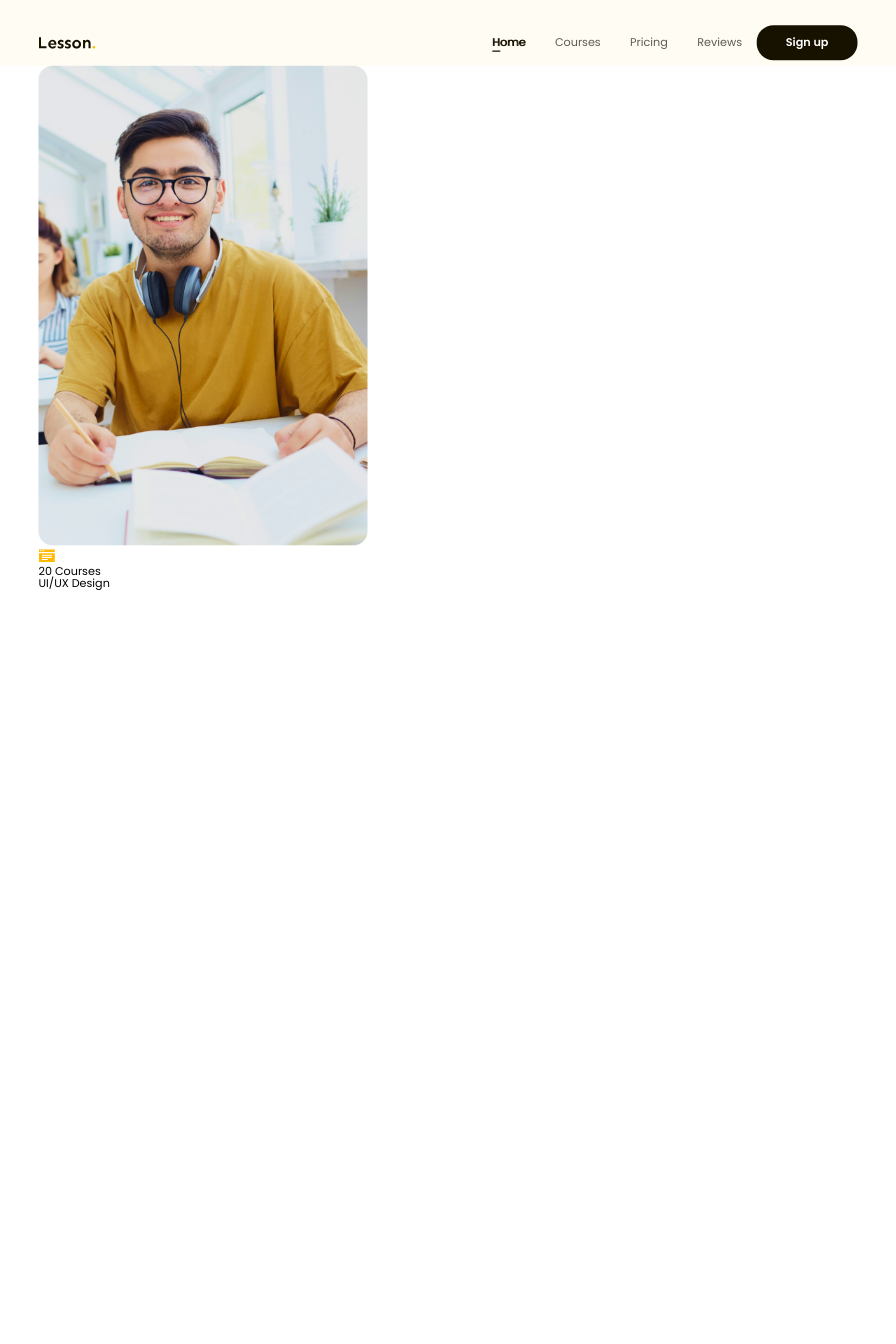
Repository: empty24062002/f8-htmlcss-02
Page: index.html
The author's editor kept a copy of each file at every save. The page is drawn from the files as they stood at one save, then again after the next save.
The browser window is 1280 px wide. The pictures show the part of the page from y = 0 to 1920 px (the page is 5094 px tall), at 70% of full size.

Above is the page before, as saved 2023-07-18 08:43:10.

### index.html
<!DOCTYPE html>
<html lang="en">
    <head>
        <meta charset="UTF-8" />
        <meta name="viewport" content="width=device-width, initial-scale=1.0" />
        <title>F8 Project 02</title>
        <!-- Reset css -->
        <link rel="stylesheet" href="./assets/css/reset.css" />
        <!-- Embed font -->
        <link rel="preconnect" href="https://fonts.googleapis.com" />
        <link rel="preconnect" href="https://fonts.gstatic.com" crossorigin />
        <link
            href="https://fonts.googleapis.com/css2?family=Poppins:wght@400;500;600;700&family=Sen:wght@700&display=swap"
            rel="stylesheet"
        />
        <!-- Styles -->
        <link rel="stylesheet" href="./assets/css/styles.css" />
    </head>
    <body>
        <header class="header fixed">
            <div class="main-content">
                <div class="body">
                    <img
                        src="./assets/img/logo.svg"
                        alt="lesson."
                        class="logo"
                    />
                    <!-- nav -->
                    <nav class="nav">
                        <ul>
                            <li class="active">
                                <a href="">Home</a>
                            </li>
                            <li>
                                <a href="">Courses</a>
                            </li>
                            <li>
                                <a href="">Pricing</a>
                            </li>
                            <li>
                                <a href="">Reviews</a>
                            </li>
                        </ul>
                    </nav>
                    <div class="action">
                        <a href="#!" class="btn sign-up-btn">Sign up</a>
                    </div>
                </div>
            </div>
        </header>
        <main style="height: 5000px">
            <!-- Hero -->
            <div class="hero">
                <div class="main-content">
                    <div class="hero-body">
                        <!-- Left -->
                        <div class="media-block">
                            <img
                                src="./assets/img/media-block.png"
                                alt="Learn without limits and spread knowledge."
                                class="logo"
                            />

                            <div class="hero-summary">
                                <div class="item">
                                    <div class="icons">
                                        <img
                                            src="./assets/icons/icon1.svg"
                                            alt=""
                                        />
                                    </div>
                                    <div class="info">
                                        <p class="lable">20 Courses</p>
                                        <p class="title">UI/UX Design</p>
                                    </div>
                                </div>
                            </div>
                        </div>
                    </div>
                </div>
            </div>
        </main>
    </body>
</html>

### assets/css/styles.css
* {
    box-sizing: border-box;
}

:root {
    --font-heading: Sen, sans-serif;
}

html {
    font-size: 62.5%;
}

body {
    font-size: 1.6rem;
    font-family: "Poppins", sans-serif;
}

/* Common */
a {
    text-decoration: none;
}

.main-content {
    width: 1170px;
    max-width: calc(100% - 48px);
    margin-left: auto;
    margin-right: auto;
}

.btn {
    display: inline-block;
    min-width: 118px;
    padding: 0 16px;
    font-size: 1.6rem;
    font-weight: 600;
    line-height: 50px;
    border-radius: 24px;
    background: #171100;
    text-align: center;
    color: #fff;
}

/* Header */
.header {
    background: #fffcf4;
}

.header .fixed {
    position: sticky;
    top: -28px;
    z-index: 1;
}

.header .body {
    display: flex;
    align-items: center;
    padding: 36px 0 8px;
}

.nav {
    margin-left: auto;
}

.nav ul {
    display: flex;
}

.nav a {
    position: relative;
    padding: 8px 21px;
    color: #5f5b53;
    font-size: 1.6rem;
}

.nav a:hover,
.nav li.active a {
    /* font-weight: 600; */
    text-shadow: 1px 0 0 currentColor;
    color: #171100;
}

.nav li.active a::after {
    position: absolute;
    content: "";
    bottom: 6px;
    left: 21px;
    width: 12px;
    height: 2px;
    border-radius: 1px;
    background: #171100;
}

.header .sign-up-btn {
    min-width: 144px;
}

Loaded but not shown: assets/css/reset.css (common file)

After the next save:
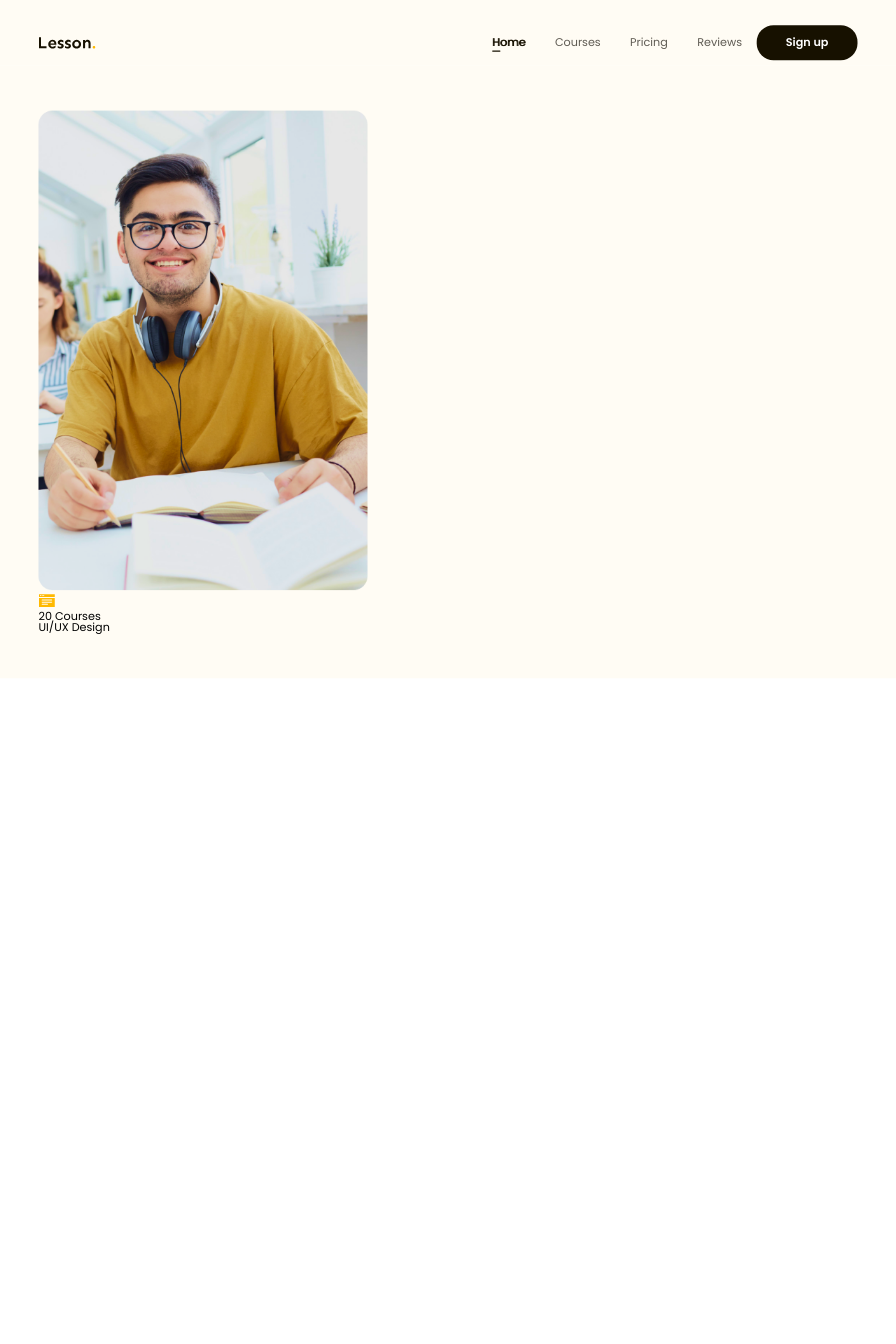
Saved 2 min 7 s later.
--- a/assets/css/styles.css
+++ b/assets/css/styles.css
@@ -93,3 +93,9 @@
 .header .sign-up-btn {
     min-width: 144px;
 }
+
+/* Hero */
+.hero {
+    padding: 64px 0;
+    background-color: #fffcf4;
+}
